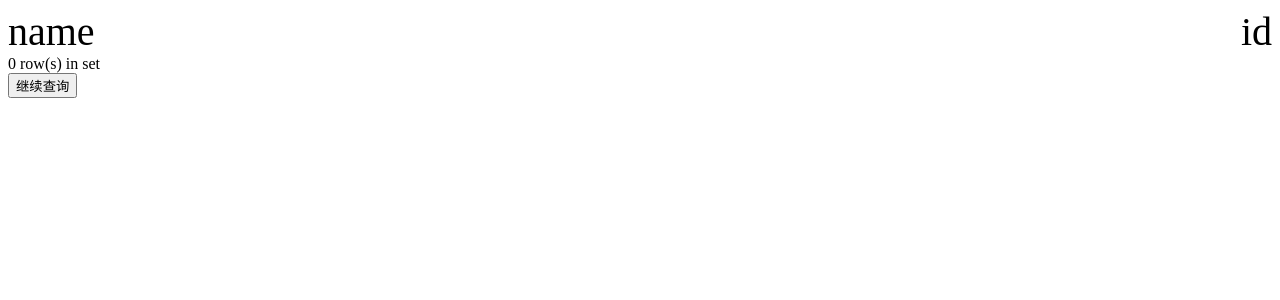
Repository: Matty-GCU/MyEclipse
Page: http://localhost/Java_Web_Learning/chapter06_JSP&JDBC/homework/select.jsp
The author's editor kept a copy of each file at every save. The page is drawn from the files as they stood at one save, then again after the next save.
The browser window is 1280 px wide. The pictures show the whole page.
The page is served by Tomcat 9. Queries for data that is not in the repository find no rows.

Above is the page before, as saved 2021-10-16 18:26:27.

### Java_Web_Learning/WebRoot/chapter06_JSP&JDBC/homework/select.jsp
<%@ page language="java" contentType="text/html; charset=UTF-8"
    pageEncoding="UTF-8"%>
<%@ page import="java.sql.*"%>
<html>
	<head>
		<title>Insert title here</title>
		<style type="text/css">
			div{
				/*border-color: white;*/
				text-align: center;
			}
			.span1{
				font-size: 40px;
			}
			.left_span {
				float: left;
			}
			.right_span{
				float: right;
			}
			#theDiv{
				clear: both;
			}
		</style>
	</head>
	<body>
			<%
				String name = request.getParameter("name");
				if("".equals(name)) {
					out.println("查询失败！");
				}
				Connection conn = DriverManager.getConnection("jdbc:mysql://localhost:3306/students", "root", "123456");
				Statement stat = conn.createStatement();
				/*
					类中的变量不用初始化
					方法中的局部变量必须初始化
				*/
				ResultSet result = null;
				if("*".equals(name)) {
					String sql = "SELECT * FROM students_for_javaweb";
					result = stat.executeQuery(sql);
				}
				else {
					String sql = "SELECT * FROM students_for_javaweb WHERE name = '" + name + "'";
					result = stat.executeQuery(sql);
					stat.close();
					conn.close();
				}
				String str = "";
				str += "<div><span class=\"left_span\"><span class=\"span1\">name</span></span>";
				str += "<span class=\"right_span\"><span class=\"span1\">id</span></span>";
				str += "<div id=\"theDiv\"></div>";
				int count = 0;
				while(result.next()) {
					count++;
					str += "<span class=\"left_span\">" + result.getString(1) + "</span>";
					str += "<span class=\"right_span\">" + result.getString(2) + "</span>";
					str += "<br>";
				}
				str += "</div>" + count + " row(s) in set";
				out.println(str);
			%>
		<form action="selectPage.html">
			<input type="submit" value="继续查询">
		</form>
	</body>
</html>

After the next save:
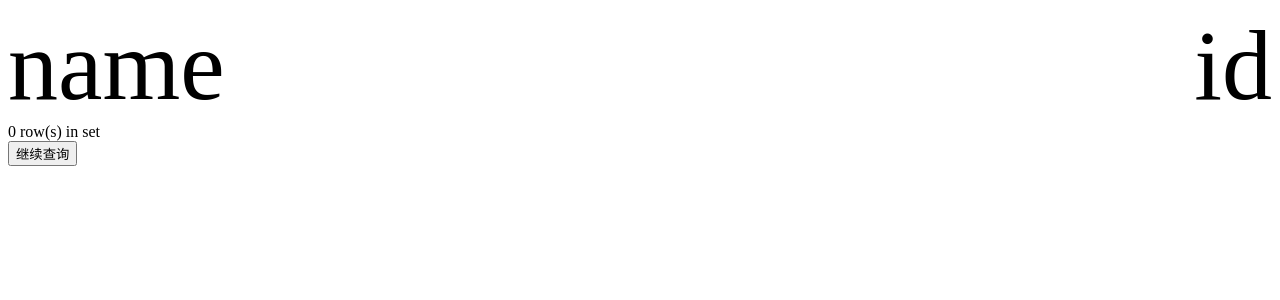
Saved 22 s later.
--- a/Java_Web_Learning/WebRoot/chapter06_JSP&JDBC/homework/select.jsp
+++ b/Java_Web_Learning/WebRoot/chapter06_JSP&JDBC/homework/select.jsp
@@ -6,11 +6,10 @@
 		<title>Insert title here</title>
 		<style type="text/css">
 			div{
-				/*border-color: white;*/
 				text-align: center;
 			}
 			.span1{
-				font-size: 40px;
+				font-size: 100px;
 			}
 			.left_span {
 				float: left;
